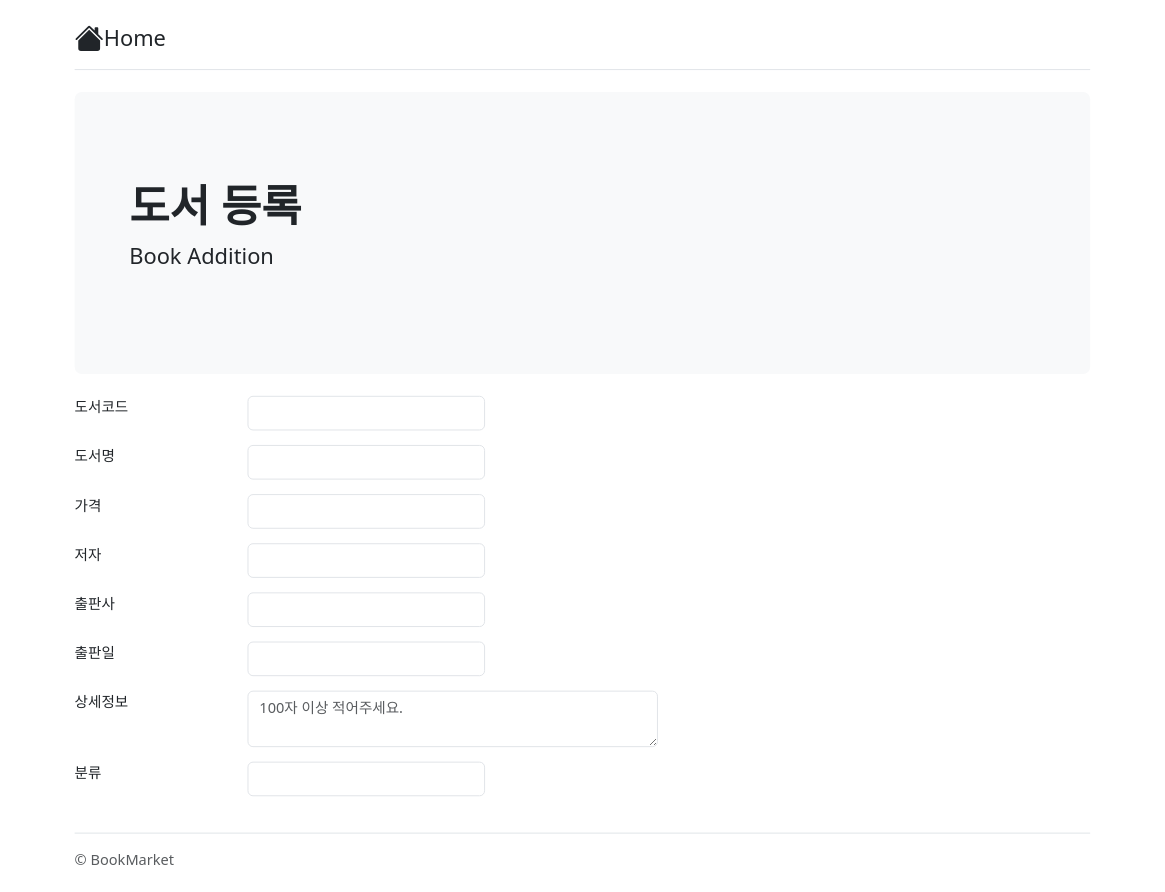
Repository: SJM7301/KH-JSP
Page: http://localhost/JSPBook/addBook.jsp
An editor plug-in stored every save of this project. The page is shown before and after the next save, followed by the edit.
The browser window is 1280 px wide. The pictures show the whole page, at 91% of full size.
The page is served by Tomcat 10. Other server files are loaded and not shown.

Above is the page before, as saved 2025-02-05 02:52:45.

### JSPBook/src/main/webapp/addBook.jsp
<%@ page language="java" contentType="text/html; charset=UTF-8"
	pageEncoding="UTF-8"%>
<!DOCTYPE html>
<html>
<head>
<meta charset="UTF-8">
<title>도서 등록</title>
<link href="https://cdn.jsdelivr.net/npm/bootstrap@5.3.0-alpha1/dist/css/bootstrap.min.css" rel="stylesheet">
</head>
<body>
	<div class="container py-4">
		<%@ include file="menu.jsp"%>

		<div class="p-5 mb-4 bg-body-tertiary rounded-3">
			<div class="container-fluid py-5">
				<h1 class="display-5 fw-bold">도서 등록</h1>
				<p class="col-md-8 fs-4">Book Addition</p>
			</div>
		</div>

		<div class="row align-items-md-stretch">
			<form name="newBook" action="./processAddBook.jsp" method="post">
				<div class="mb-3 row">
					<label class="col-sm-2">도서코드</label>
					<div class="col-sm-3">
						<input type="text" name="bookId" class="form-control">
					</div>
				</div>
				<div class="mb-3 row">
					<label class="col-sm-2">도서명</label>
					<div class="col-sm-3">
						<input type="text" name="name" class="form-control">
					</div>
				</div>
				<div class="mb-3 row">
					<label class="col-sm-2">가격</label>
					<div class="col-sm-3">
						<input type="text" name="unitPrice" class="form-control">
					</div>
				</div>
				<div class="mb-3 row">
					<label class="col-sm-2">저자</label>
					<div class="col-sm-3">
						<input type="text" name="author" class="form-control">
					</div>
				</div>
				<div class="mb-3 row">
					<label class="col-sm-2">출판사</label>
					<div class="col-sm-3">
						<input type="text" name="publisher" class="form-control">
					</div>
				</div>
				<div class="mb-3 row">
					<label class="col-sm-2">출판일</label>
					<div class="col-sm-3">
						<input type="text" name="releaseDate" class="form-control">
					</div>
				</div>

				<div class="mb-3 row">
					<label class="col-sm-2">상세정보</label>
					<div class="col-sm-5">
						<textarea name="description" rows="2" cols="50" class="form-control" placeholder="100자 이상 적어주세요."></textarea>
					</div>
				</div>
				<div class="mb-3 row">
					<label class="col-sm-2">분류</label>
					<div class="col-sm-3">
						<input type="text" name="category" class="form-control">
					</div>
				</div>
			</form>
		</div>
		<jsp:include page="footer.jsp" />
	</div>
</body>
</html>

### JSPBook/src/main/webapp/menu.jsp
<%@ page language="java" contentType="text/html; charset=UTF-8"
    pageEncoding="UTF-8"%>
<!DOCTYPE html>
<html>
<head>
<meta charset="UTF-8">
<title>Insert title here</title>
</head>
<body>
	<header class="pb-3 mb-4 border-bottom">
			<a href="./books.jsp" class="d-flex align-items-center text-dark text-decoration-none">
			<svg width="32" height="32" fill="currentColor" class="bi bi-house-fill" viewBox="0 0 16 16">
				<path d="M8.707 1.5a1 1 0 0 0-1.414 0L.646 8.146a.5.5 0 0 0 .708.708L8 2.207l6.646 6.647a.5.5 0 0 0 .708-.708L13 5.793V2.5a.5.5 0 0 0-.5-.5h-1a.5.5 0 0 0-.5.5v1.293L8.707 1.5Z"/>
				<path d="m8 3.293 6 6V13.5a1.5 1.5 0 0 1-1.5 1.5h-9A1.5 1.5 0 0 1 2 13.5V9.293l6-6Z"/>
			</svg>
				<span class="fs-4">Home</span>
			</a>
		</header>
</body>
</html>

### JSPBook/src/main/webapp/footer.jsp
<%@ page language="java" contentType="text/html; charset=UTF-8"
    pageEncoding="UTF-8"%>
<!DOCTYPE html>
<html>
<head>
<meta charset="UTF-8">
<title>Insert title here</title>
</head>
<body>
	<footer class="pt-3 mt-4 text-body-secondary border-top">
			&copy; BookMarket
	</footer>
</body>
</html>

After the next save:
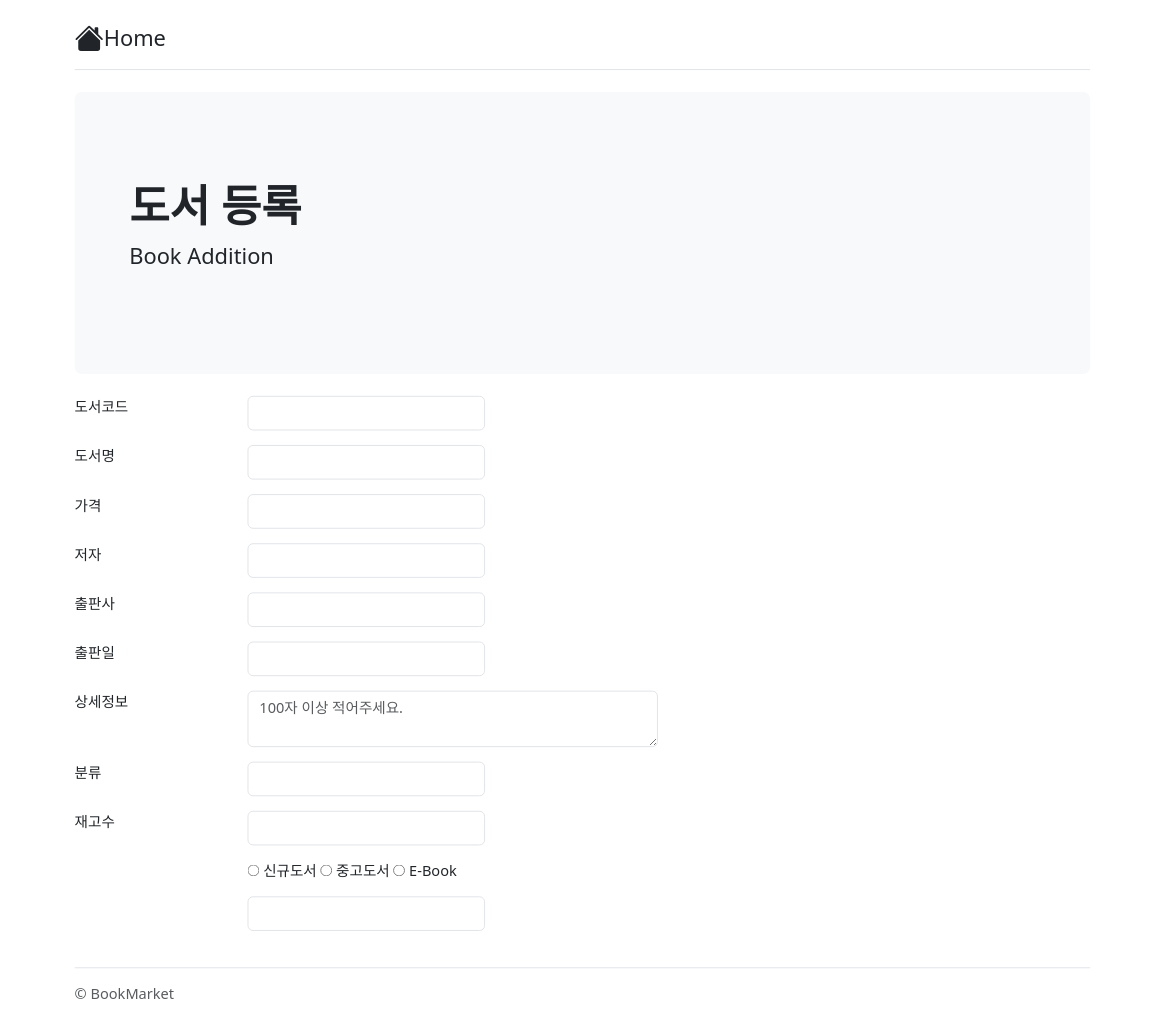
Saved 2 min 20 s later.
--- a/JSPBook/src/main/webapp/addBook.jsp
+++ b/JSPBook/src/main/webapp/addBook.jsp
@@ -69,6 +69,26 @@
 						<input type="text" name="category" class="form-control">
 					</div>
 				</div>
+				<div class="mb-3 row">
+					<label class="col-sm-2">재고수</label>
+					<div class="col-sm-3">
+						<input type="text" name="unitsInStock" class="form-control">
+					</div>
+				</div>
+				<div class="mb-3 row">
+					<label class="col-sm-2"></label>
+					<div class="col-sm-3">
+						<input type="radio" name="condition" value="New"> 신규도서
+						<input type="radio" name="condition" value="Old"> 중고도서
+						<input type="radio" name="condition" value="EBook"> E-Book
+					</div>
+				</div>
+				<div class="mb-3 row">
+					<label class="col-sm-2"></label>
+					<div class="col-sm-3">
+						<input type="text" name="" class="form-control">
+					</div>
+				</div>
 			</form>
 		</div>
 		<jsp:include page="footer.jsp" />
